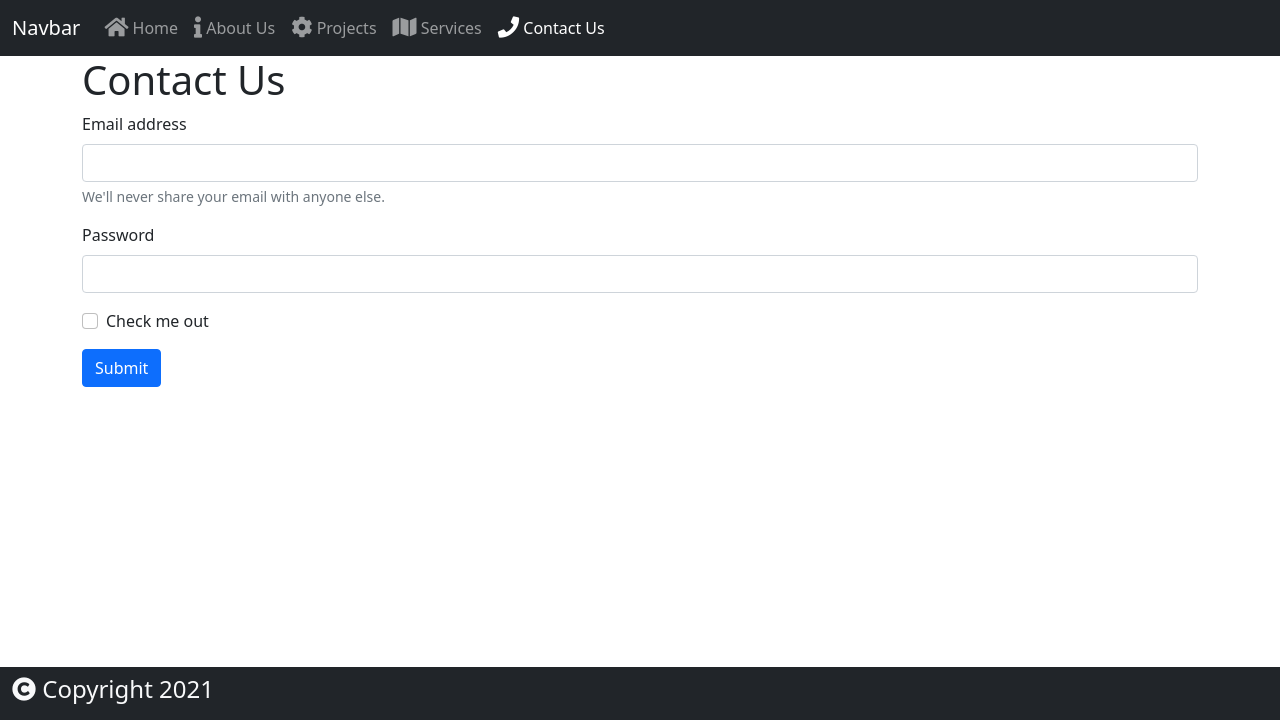
Repository: CKM206/WEBD6201-W2021---ICE1
Page: contact.html
An editor plug-in stored every save of this project. The page is shown before and after the next save, followed by the edit.
The browser window is 1280 px wide. The pictures show the whole page.

Above is the page before, as saved 2021-01-21 09:15:35.

### contact.html
<!DOCTYPE html>
<html lang="en">
<head>
    <meta charset="UTF-8">
    <meta name="viewport" content="width=device-width, initial-scale=1.0">
    <title>Contact</title>
    <!-- CSS Section -->
    <!-- Inject Bootstrap first, always-->
    <link rel="stylesheet"
    href="./node_modules/bootstrap/dist/css/bootstrap.min.css">
    <!-- Now inject Icon Fonts using Font Awesome-->
    <link rel="stylesheet"
    href="./node_modules/@fortawesome/fontawesome-free/css/all.min.css">
    <!-- Now inject our custom css-->
    <link rel="stylesheet" href="./Content/app.css">
</head>
<body>
    <!-- Main Header -->
    <header>
      <!-- Main Navigation -->
        <nav class="navbar navbar-expand-lg navbar-dark bg-dark">
            <div class="container-fluid">
              <a class="navbar-brand" href="index.html">Navbar</a>
              <button class="navbar-toggler" type="button" data-bs-toggle="collapse" data-bs-target="#navbarSupportedContent" aria-controls="navbarSupportedContent" aria-expanded="false" aria-label="Toggle navigation">
                <span class="navbar-toggler-icon"></span>
              </button>
              <div class="collapse navbar-collapse" id="navbarSupportedContent">
                <ul class="navbar-nav me-auto mb-2 mb-lg-0">
                  <li class="nav-item">
                    <a class="nav-link" aria-current="page" href="index.html"><i class="fas fa-home fa-lg"></i> Home</a>
                  </li>
                  <li class="nav-item">
                    <a class="nav-link" aria-current="page" href="about.html"><i class="fas fa-info fa-lg"></i> About Us</a>
                  </li>
                  <li class="nav-item">
                    <a class="nav-link" aria-current="page" href="projects.html"><i class="fas fa-cog fa-lg"></i> Projects</a>
                  </li>
                  <li class="nav-item">
                    <a class="nav-link" aria-current="page" href="services.html"><i class="fas fa-map fa-lg"></i> Services</a>
                  </li>
                  <li class="nav-item">
                    <a class="nav-link active" aria-current="page" href="contact.html"><i class="fas fa-phone fa-lg"></i> Contact Us</a>
                  </li>
                </ul>
              </div>
            </div>
          </nav>
    </header>
    <!-- Main Content -->
    <main class="container">
      <h1>Contact Us</h1>

      <div class="row">
        <form class="cols-3">
          <div class="mb-3">
            <label for="exampleInputEmail1" class="form-label">Email address</label>
            <input type="email" class="form-control" id="exampleInputEmail1" aria-describedby="emailHelp">
            <div id="emailHelp" class="form-text">We'll never share your email with anyone else.</div>
          </div>
          <div class="mb-3">
            <label for="exampleInputPassword1" class="form-label">Password</label>
            <input type="password" class="form-control" id="exampleInputPassword1">
          </div>
          <div class="mb-3 form-check">
            <input type="checkbox" class="form-check-input" id="exampleCheck1">
            <label class="form-check-label" for="exampleCheck1">Check me out</label>
          </div>
          <button type="submit" class="btn btn-primary">Submit</button>
        </form>
      </div>
    </main>

    <!-- Footer Section -->
    <footer>
        <nav class="navbar fixed-bottom navbar-dark bg-dark">
            <div class="container-fluid">
              <h4 class="text-light"><i class="fas fa-copyright text-light"></i> Copyright 2021</h4>
            </div>
          </nav>
    </footer>

    <!--Script Section-->
    <script src="./node_modules/jquery/dist/jquery.min.js"></script>
    <script src="./node_modules/bootstrap/dist/js/bootstrap.bundle.min.js"></script>
    <script src="./Scripts/app.js"></script>
</body>
</html>

### Content/app.css
/* Custom CSS Here */

### Scripts/app.js
/* Custom Javascript Here */
"use strict"; // Indicate that the code should be executed in "strict mode".

// IIFE - Immediately Invoked Function Expression (Anonymous Self-Executing Function)
//-Acts as a Closure, Limits Scope Leak
(function () {
  function displayHome()
  {
    // This shows different ways of accessing an element; @see index.html <p> on line 51
    //-Each has its own use and solves different problems
    let paragraphOneText = "This is a simple site to demonstrate DOM Manipulation for ICE 1.";
    let paragraphOneElement = document.getElementById("paragraphOne");

    // let aParagraph = document.getElementsByTagName("p")[0];
    // let allParagraphs = document.getElementsByTagName("p");
    // let paragraphOneQuery = document.querySelector("p");
    // let paragraphOneQuerys = document.querySelectorAll("p");

    // Print each variable to the console, see how each one "points" to the same <p> element
    // console.log(paragraphOneElement);
    // console.log(aParagraph);
    // console.log(allParagraphs[0]);
    // console.log(paragraphOneQuery);
    // console.log(paragraphOneQuerys);

    // Assigning values to the textContent of the element we have a reference to
    paragraphOneElement.textContent = paragraphOneText;

    /* We can change the style as well..
      For the most part its best to use css sheets, but this can be useful when attempting
      dynamic effects on the webpage
    */
    //paragraphOneElement.style = "color: blue;";

    /* We can change the class of an element as well...
    * This is probably a better way of assigning css to elements (As compared to above)
    */
    //paragraphOneElement.className = "fs-4 fw-bold";


    // Injecting a new element
    let newParagraph = document.createElement("p");             // Create the Element
    newParagraph.setAttribute("id","paragraphTwo");             // Configure the Element
    newParagraph.textContent = "...And this is Paragraph two"   //--
    let mainContent = document.getElementsByTagName("main")[0]; // Get a reference to the Main Element
    mainContent.appendChild(newParagraph);                      // Append the new Element as a child of main

    // We can still make alterations to this element
    newParagraph.className = "fs-4 fw-bold";

    // Another way of injecting a new Element through Javascript
    let paragraphThree = '<p class ="fs-6">And this is the Third Paragraph</p>';    // Create the Element

    // Notice that this doesnt work, it is assigned as text verbatim, and erases all other content in main
    //mainContent.textContent = paragraphThree;

    let paragraphDiv = document.createElement('div');
    // Converting and Injecting the paragraph, it still erases all other content
    paragraphDiv.innerHTML = paragraphThree;

    // Insertions
    //-Example of insering before a node
    //newparagraph.before(paragraphDiv);

    // Inserting after a node
    newParagraph.after(paragraphDiv);

    // deletions

    //-Removing a single element
    //paragraphOneElement.remove();

    //-Removing a child element
    mainContent.removeChild(paragraphOneElement);

    // Updating & Modification
    //-Targetted Modifcation
    //mainContent.firstElementChild.textContent = "Welcome Home";

    // Bulk modififying mainContent
    //mainContent.innerHTML =
    //'<h1 id="firstHeading">Welcome to WEBD6201 - Lab 1</h1>' +
    //'<p id="paragraphOne" class="fs-3 fw-bold">A new First Paragraph</p>';
  }

  function displayAbout()
  {

  }

  function displayServices()
  {

  }

  function displayProjects()
  {

  }

  function displayContact()
  {

  }

  function Start() {
    console.log("App Started...");

    switch (document.title) {
      case "Home":
        displayHome();
        break;
      case "About":
        displayAbout();
        break;
      case "Projects":
        displayProjects();
        break;
      case "Services":
        displayServices();
        break;
      case "Contact":
        displayContact();
        break;
    }

    // Old Java Script



  }

  window.addEventListener("load", Start);
})();

Loaded but not shown: node_modules/bootstrap/dist/css/bootstrap.min.css (library); node_modules/@fortawesome/fontawesome-free/css/all.min.css (library); node_modules/jquery/dist/jquery.min.js (library); node_modules/bootstrap/dist/js/bootstrap.bundle.min.js (library)

After the next save:
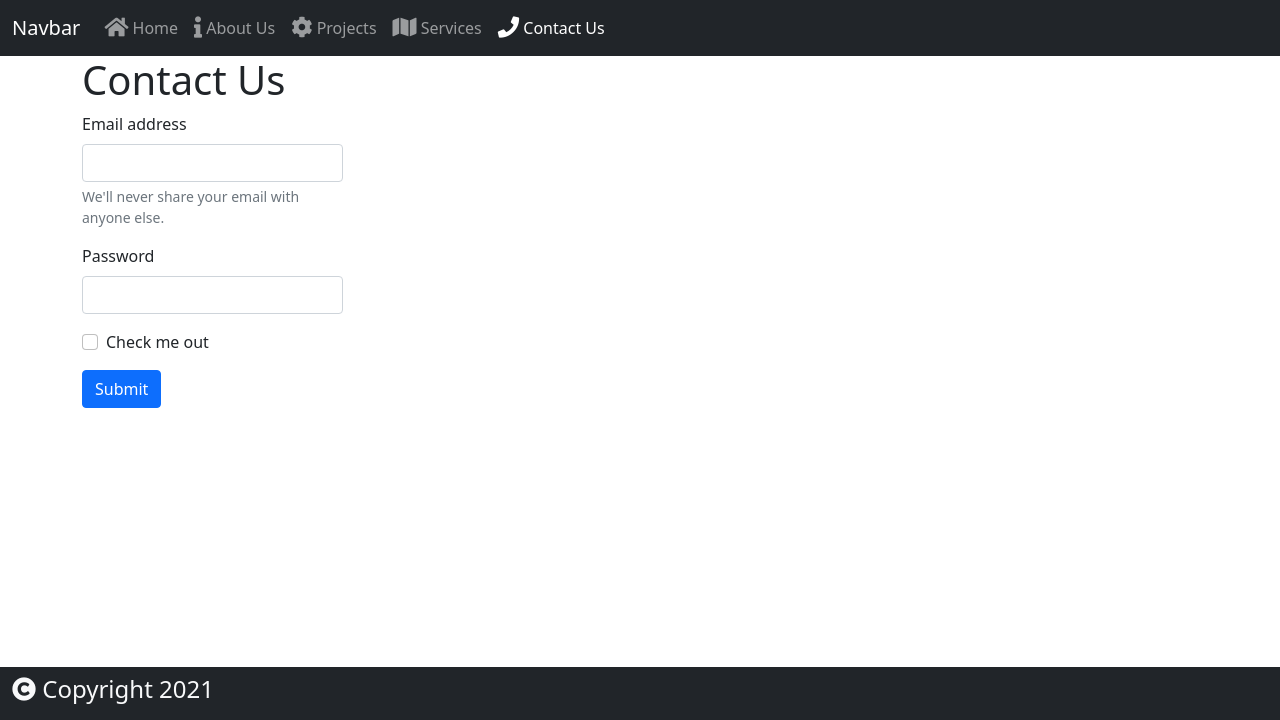
Saved 5 s later.
--- a/contact.html
+++ b/contact.html
@@ -51,7 +51,7 @@
       <h1>Contact Us</h1>
 
       <div class="row">
-        <form class="cols-3">
+        <form class="col-3">
           <div class="mb-3">
             <label for="exampleInputEmail1" class="form-label">Email address</label>
             <input type="email" class="form-control" id="exampleInputEmail1" aria-describedby="emailHelp">
